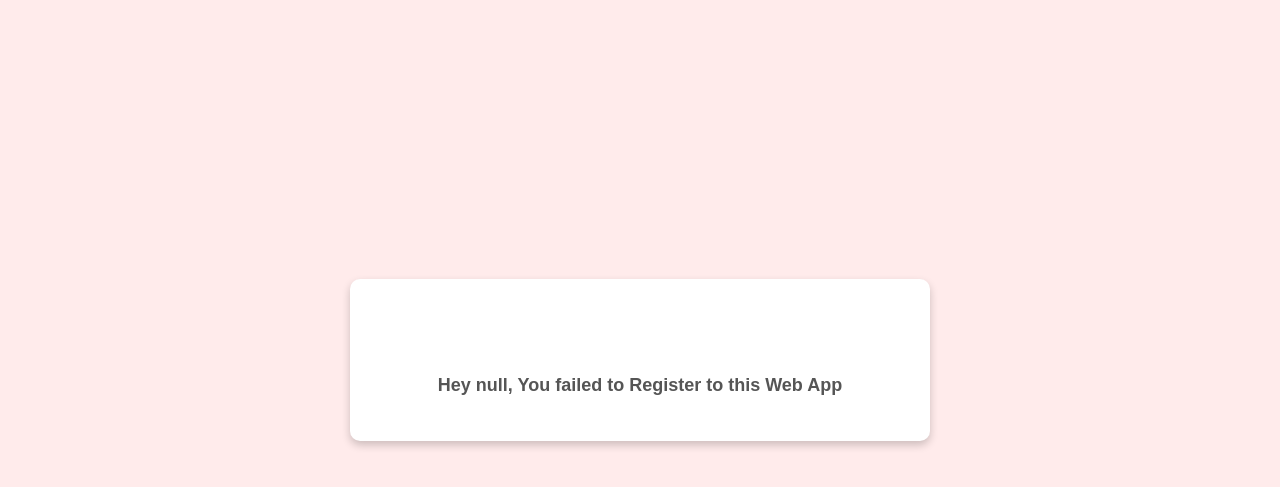
Repository: anuragtiwari3100/Java-Web-Solutions-Kit
Page: http://localhost/RegistrationAppUsingMVC/failure.jsp
These files come from the project's save history. The page is drawn as it stood at one moment and after the next save; the edit follows.
The browser window is 1280 px wide. The pictures show the whole page.
The page is served by Tomcat 10.

Above is the page before, as saved 2024-11-28 04:57:43.

After the next save:
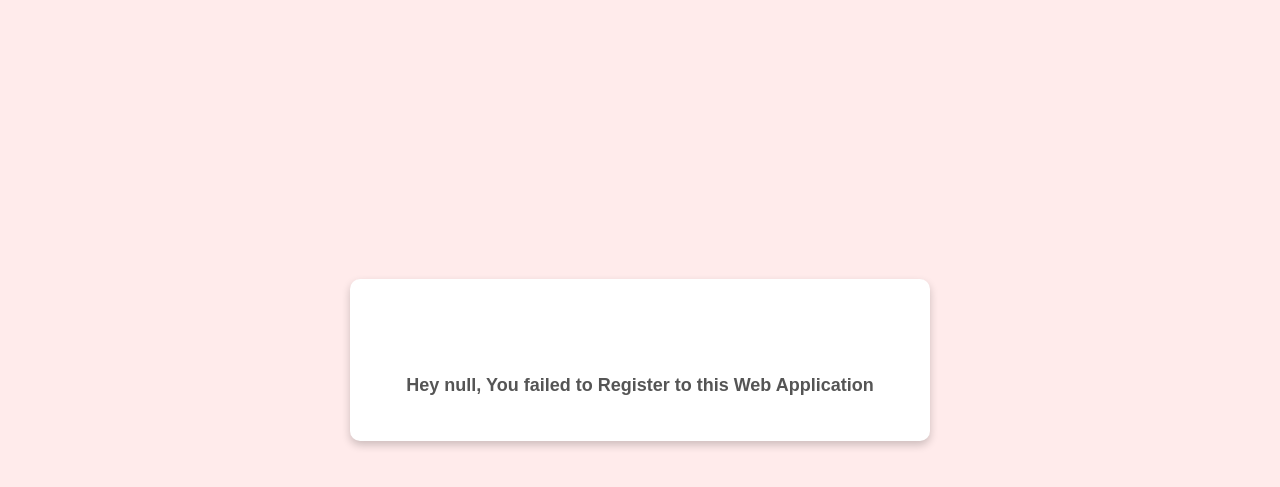
Saved 62 s later.
--- a/JspAndServlet/RegistrationAppUsingMVC/src/main/webapp/failure.jsp
+++ b/JspAndServlet/RegistrationAppUsingMVC/src/main/webapp/failure.jsp
@@ -58,7 +58,7 @@
         <%
             String name = (String) session.getAttribute("name");
         %>
-        <h2>Hey <%= name %>, You failed to Register to this Web App</h2>
+        <h2>Hey <%= name %>, You failed to Register to this Web Application</h2>
     </div>
 </body>
 </html>
